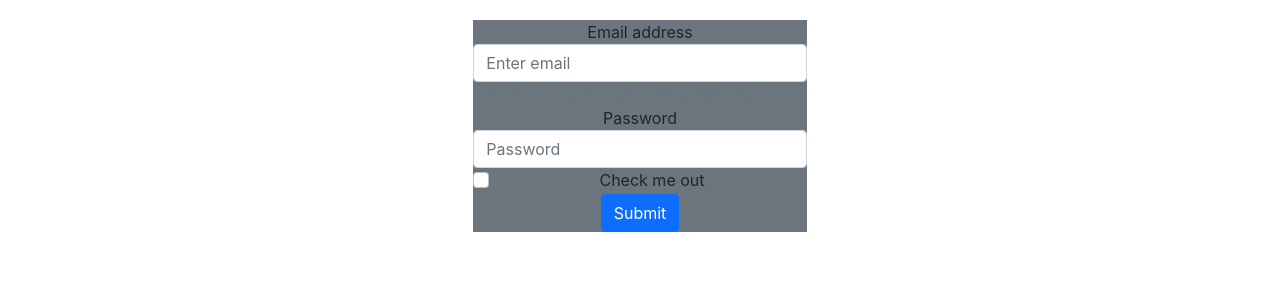
Repository: Osomhe1/bitmama2
Page: /
The author's editor kept a copy of each file at every save. The page is drawn from the files as they stood at one save, then again after the next save.
The browser window is 1280 px wide. The pictures show the whole page.
The project was rebuilt for these pictures with package versions that can differ from the ones it lists, and the page was loaded fresh each time.

Above is the page before, as saved 2022-05-08 20:29:17.

After the next save:
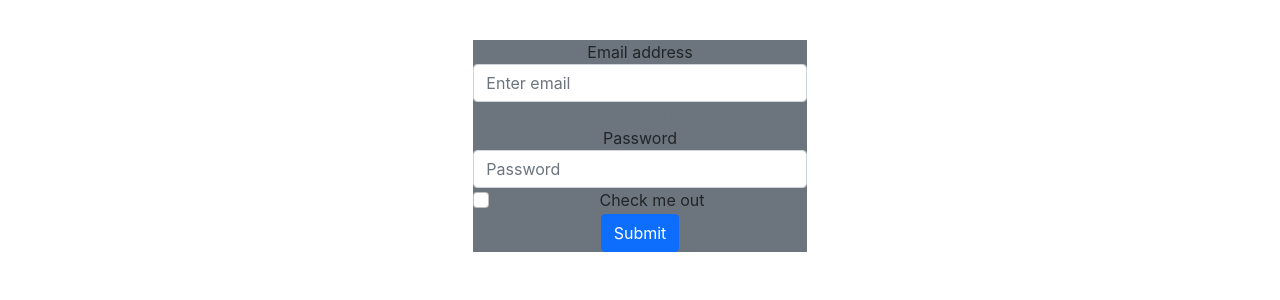
Saved 8 s later.
--- a/src/App.css
+++ b/src/App.css
@@ -5,6 +5,6 @@
 }
 
 .login-form{
-  margin-top: 20px !important;
+  margin-top: 40px !important;
 
 }
